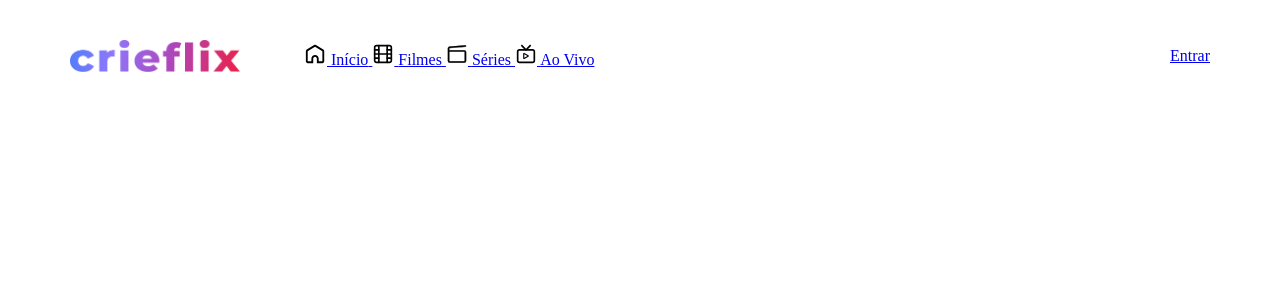
Repository: fontanive12/crieflix
Page: index.html
These files come from the project's save history. The page is drawn as it stood at one moment and after the next save; the edit follows.
The browser window is 1280 px wide. The pictures show the whole page.
Some web fonts or font styles are not loaded; a fallback is used.

Above is the page before, as saved 2022-05-11 16:58:18.

After the next save:
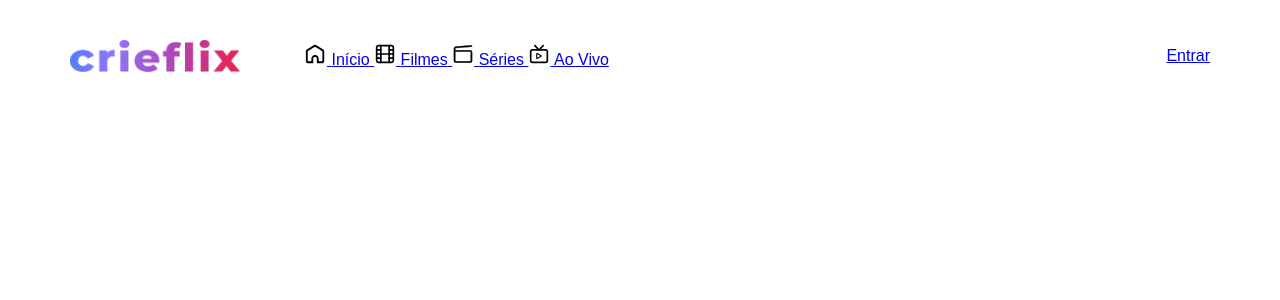
Saved 53 s later.
--- a/index.html
+++ b/index.html
@@ -10,6 +10,7 @@
         <title>Crieflix</title>
         <link rel="stylesheet" href="styles/base/reset.css">
         <link rel="stylesheet" href="styles/layout/header.css">
+        <link rel="stylesheet" href="styles/base/base.css">
         <link rel="preconnect" href="https://fonts.googleapis.com">
         <link rel="preconnect" href="https://fonts.gstatic.com" crossorigin>
         <link href="https: //fonts.googleapis.com/css2? family= Questrial & display=swap" rel="stylesheet">
